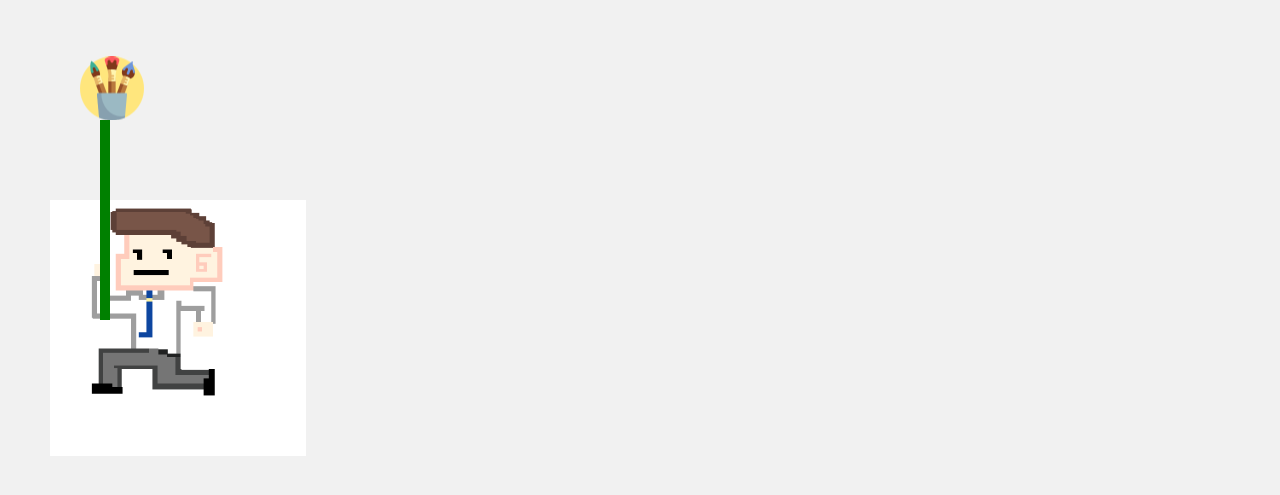
Repository: Littikrai/getF
Page: main.html
An editor plug-in stored every save of this project. The page is shown before and after the next save, followed by the edit.
The browser window is 1280 px wide. The pictures show the whole page.

Above is the page before, as saved 2019-03-13 01:42:03.

After the next save:
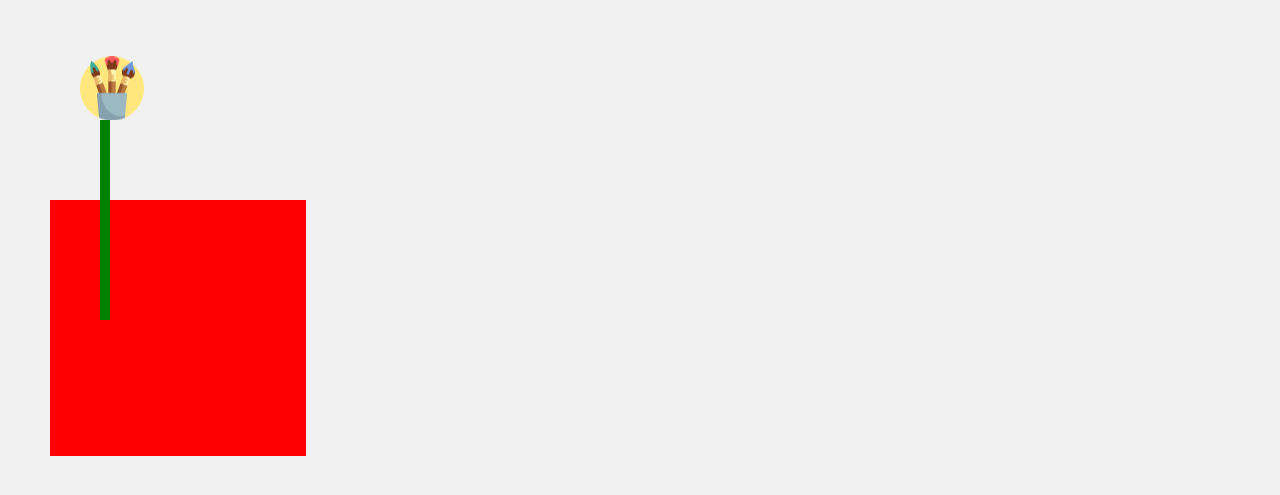
Saved 23 s later.
--- a/main.js
+++ b/main.js
@@ -5,7 +5,7 @@
 var precentOfHeight = window.innerHeight;
 var precentOfWidth = window.innerWidth;
 function startGame() {
-    nisit = new component(precentOfWidth*0.2, precentOfWidth*0.2,"img/nisit.gif", 50, 200, "image")
+    nisit = new component(precentOfWidth*0.2, precentOfWidth*0.2, "red", 50, 200)
     myGamePiece = new component((precentOfWidth*0.05), (precentOfWidth*0.05), "img/brush.png", 80, 0, "image");
     myObstacle  = new component(10, 200, "green", 100, 120);
     myGameArea.start();
